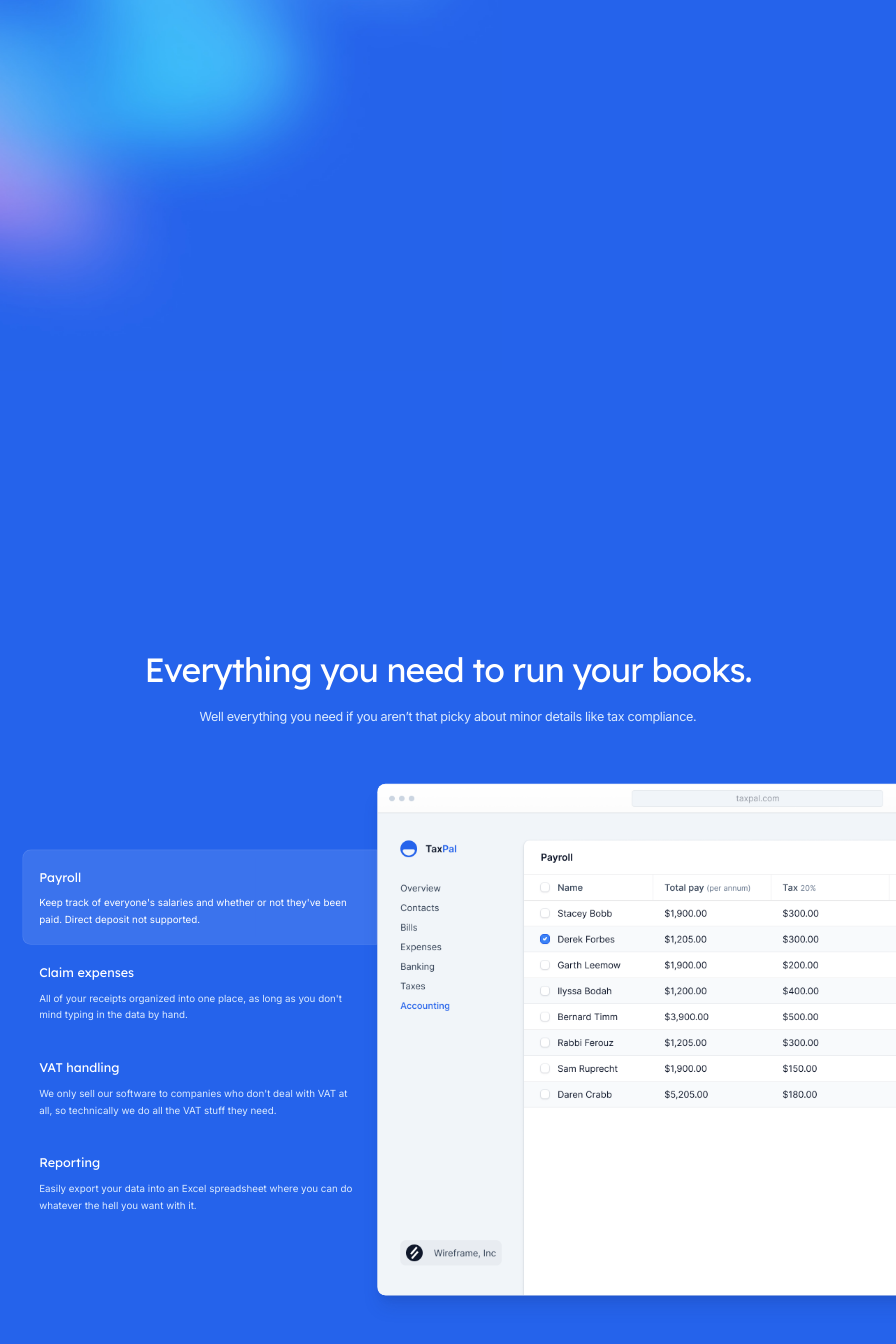
Repository: LuisSempre/imaginative
Page: /
An editor plug-in stored every save of this project. The page is shown before and after the next save, followed by the edit.
The browser window is 1280 px wide. The pictures show the part of the page from y = 1084 to 3004 px (the page is 9918 px tall), at 70% of full size.
The project was rebuilt for these pictures with package versions that can differ from the ones it lists, and the page was loaded fresh each time. The framework's server and built-in components were replaced by stand-ins that run in the browser. Also part of the build but not shown: next.config.js.

Above is the page before, as saved 2022-07-15 09:14:35.

After the next save:
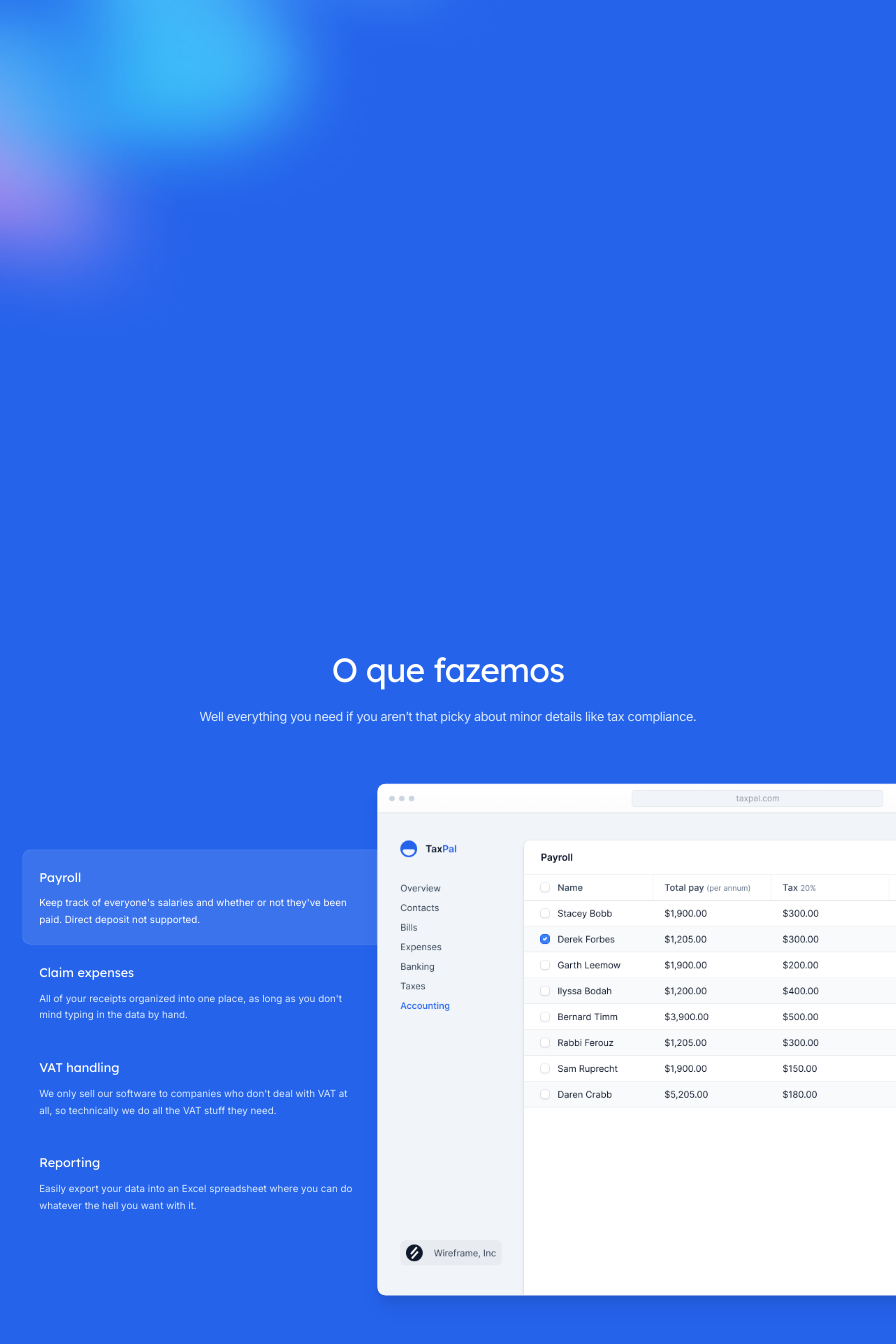
Saved 4 min 46 s later.
--- a/src/components/PrimaryFeatures.jsx
+++ b/src/components/PrimaryFeatures.jsx
@@ -59,7 +59,7 @@
     <section
       id="features"
       aria-label="Features for running your books"
-      className="relative overflow-hidden bg-blue-600 pt-20 pb-28 sm:py-32"
+      className="relative pt-20 overflow-hidden bg-blue-600 pb-28 sm:py-32"
     >
       <Image
         className="absolute top-1/2 left-1/2 max-w-none translate-x-[-44%] translate-y-[-42%]"
@@ -71,8 +71,8 @@
       />
       <Container className="relative">
         <div className="max-w-2xl md:mx-auto md:text-center xl:max-w-none">
-          <h2 className="font-display text-3xl tracking-tight text-white sm:text-4xl md:text-5xl">
-            Everything you need to run your books.
+          <h2 className="text-3xl tracking-tight text-white font-display sm:text-4xl md:text-5xl">
+            O que fazemos
           </h2>
           <p className="mt-6 text-lg tracking-tight text-blue-100">
             Well everything you need if you aren’t that picky about minor
@@ -81,13 +81,13 @@
         </div>
         <Tab.Group
           as="div"
-          className="mt-16 grid grid-cols-1 items-center gap-y-2 pt-10 sm:gap-y-6 md:mt-20 lg:grid-cols-12 lg:pt-0"
+          className="grid items-center grid-cols-1 pt-10 mt-16 gap-y-2 sm:gap-y-6 md:mt-20 lg:grid-cols-12 lg:pt-0"
           vertical={tabOrientation === 'vertical'}
         >
           {({ selectedIndex }) => (
             <>
-              <div className="-mx-4 flex overflow-x-auto pb-4 sm:mx-0 sm:overflow-visible sm:pb-0 lg:col-span-5">
-                <Tab.List className="relative z-10 flex gap-x-4 whitespace-nowrap px-4 sm:mx-auto sm:px-0 lg:mx-0 lg:block lg:gap-x-0 lg:gap-y-1 lg:whitespace-normal">
+              <div className="flex pb-4 -mx-4 overflow-x-auto sm:mx-0 sm:overflow-visible sm:pb-0 lg:col-span-5">
+                <Tab.List className="relative z-10 flex px-4 gap-x-4 whitespace-nowrap sm:mx-auto sm:px-0 lg:mx-0 lg:block lg:gap-x-0 lg:gap-y-1 lg:whitespace-normal">
                   {features.map((feature, featureIndex) => (
                     <div
                       key={feature.title}
@@ -130,7 +130,7 @@
                   <Tab.Panel key={feature.title} unmount={false}>
                     <div className="relative sm:px-6 lg:hidden">
                       <div className="absolute -inset-x-4 top-[-6.5rem] bottom-[-4.25rem] bg-white/10 ring-1 ring-inset ring-white/10 sm:inset-x-0 sm:rounded-t-xl" />
-                      <p className="relative mx-auto max-w-2xl text-base text-white sm:text-center">
+                      <p className="relative max-w-2xl mx-auto text-base text-white sm:text-center">
                         {feature.description}
                       </p>
                     </div>
